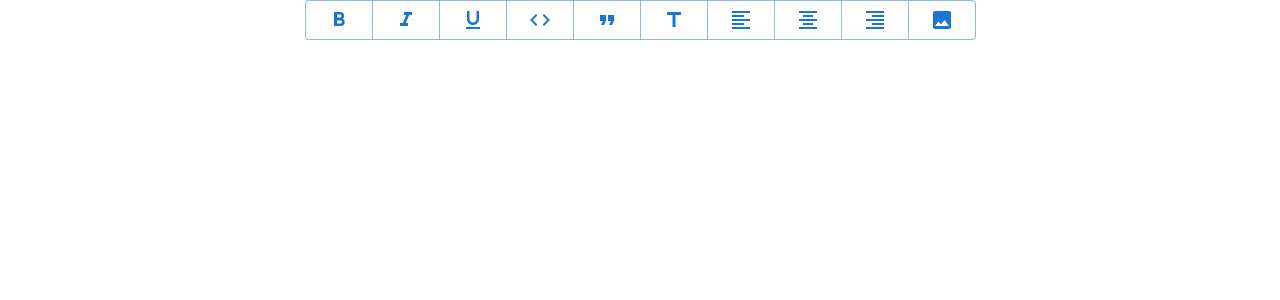
Repository: Judono/typedream_rich_text_editor_project
Page: /toolbar
These files come from the project's save history. The page is drawn as it stood at one moment and after the next save; the edit follows.
The browser window is 1280 px wide. The pictures show the whole page.
The project was rebuilt for these pictures with package versions that can differ from the ones it lists, and the page was loaded fresh each time. The framework's server and built-in components were replaced by stand-ins that run in the browser. Also part of the build but not shown: next.config.js.

Above is the page before, as saved 2022-11-29 15:29:34.

After the next save:
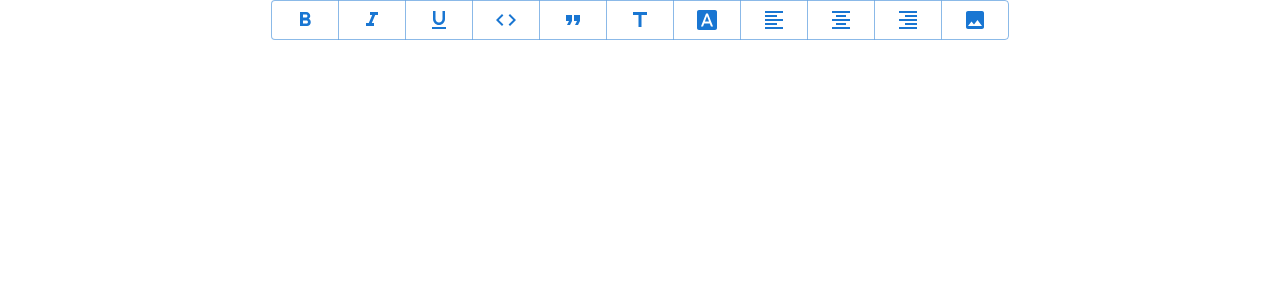
Saved 60 s later.
--- a/pages/toolbar.js
+++ b/pages/toolbar.js
@@ -11,6 +11,7 @@ import FormatUnderlinedIcon from '@mui/icons-material/FormatUnderlined';
 import FormatQuoteIcon from '@mui/icons-material/FormatQuote';
 import TitleIcon from '@mui/icons-material/Title';
 import CodeIcon from '@mui/icons-material/Code';
+import FontDownloadIcon from '@mui/icons-material/FontDownload';
 
 import styles from '../styles/Home.module.css'
 import { Button, ButtonGroup } from '@mui/material';
@@ -81,6 +82,16 @@ const SlateToolbar = ({editor}) => {
                 <TitleIcon />
             </Button>
 
+            {/* Title h2 Block */}
+            <Button
+                onMouseDown={event => {
+                    event.preventDefault()
+                    CustomEditor.toggleH2Block(editor)
+                }}
+                >
+                <FontDownloadIcon />
+            </Button>
+
             {/* left align */}
             <Button
                 onMouseDown={event => {
